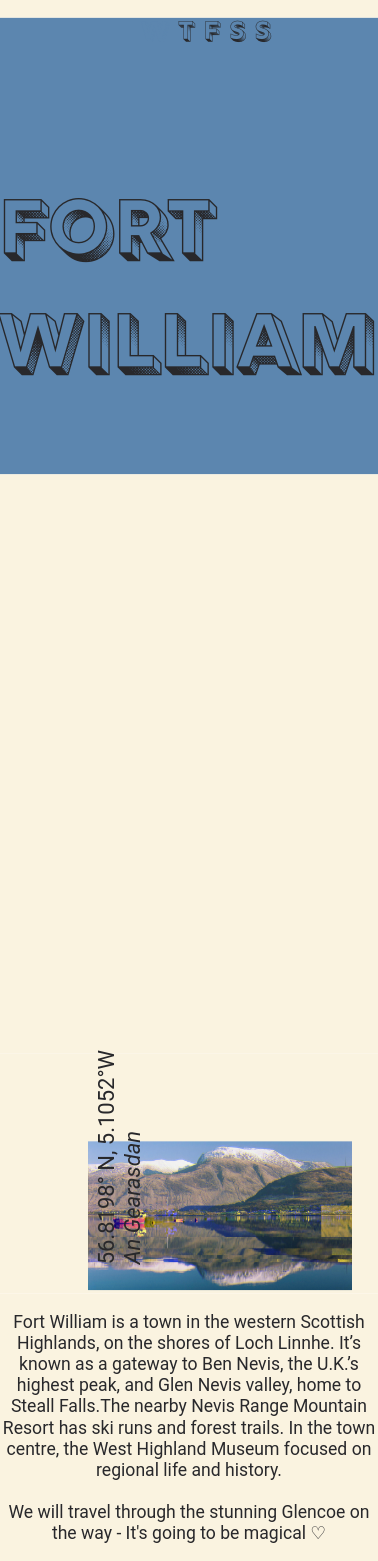
Repository: etak-yram/FINAL-CFG-WEB-DEV
Page: wednesday.html
An editor plug-in stored every save of this project. The page is shown before and after the next save, followed by the edit.
The browser window is 375 px wide. The page is 430 px wide, so the pictures cover 430 px, including what lies to the right of the window. The pictures show the whole page, at 88% of full size.

Above is the page before, as saved 2022-07-27 12:36:29.

After the next save:
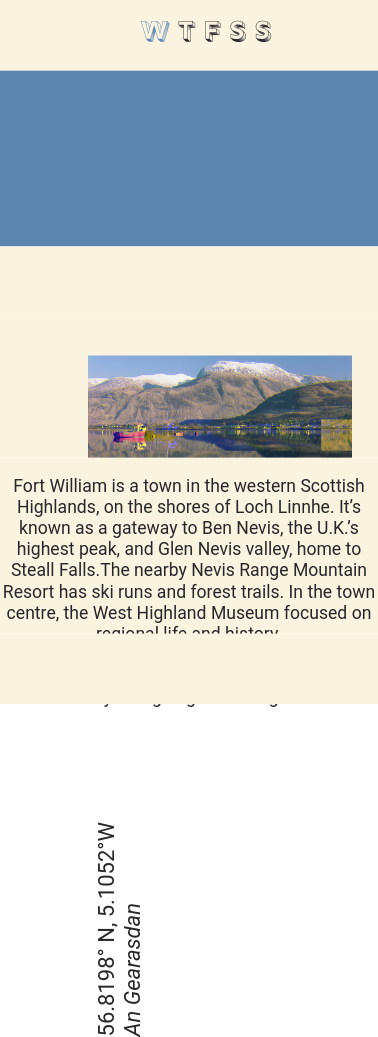
Saved 58 s later.
--- a/style-main.css
+++ b/style-main.css
@@ -180,7 +180,7 @@ footer {
     margin: 0;
     display: grid;
     grid-template-columns: 1fr;
-    grid-template-rows: 20px;
+    grid-template-rows: 10% 25% 10% 20% 25% 10%;
     grid-template-areas:
       "header"
       "sidebar"
